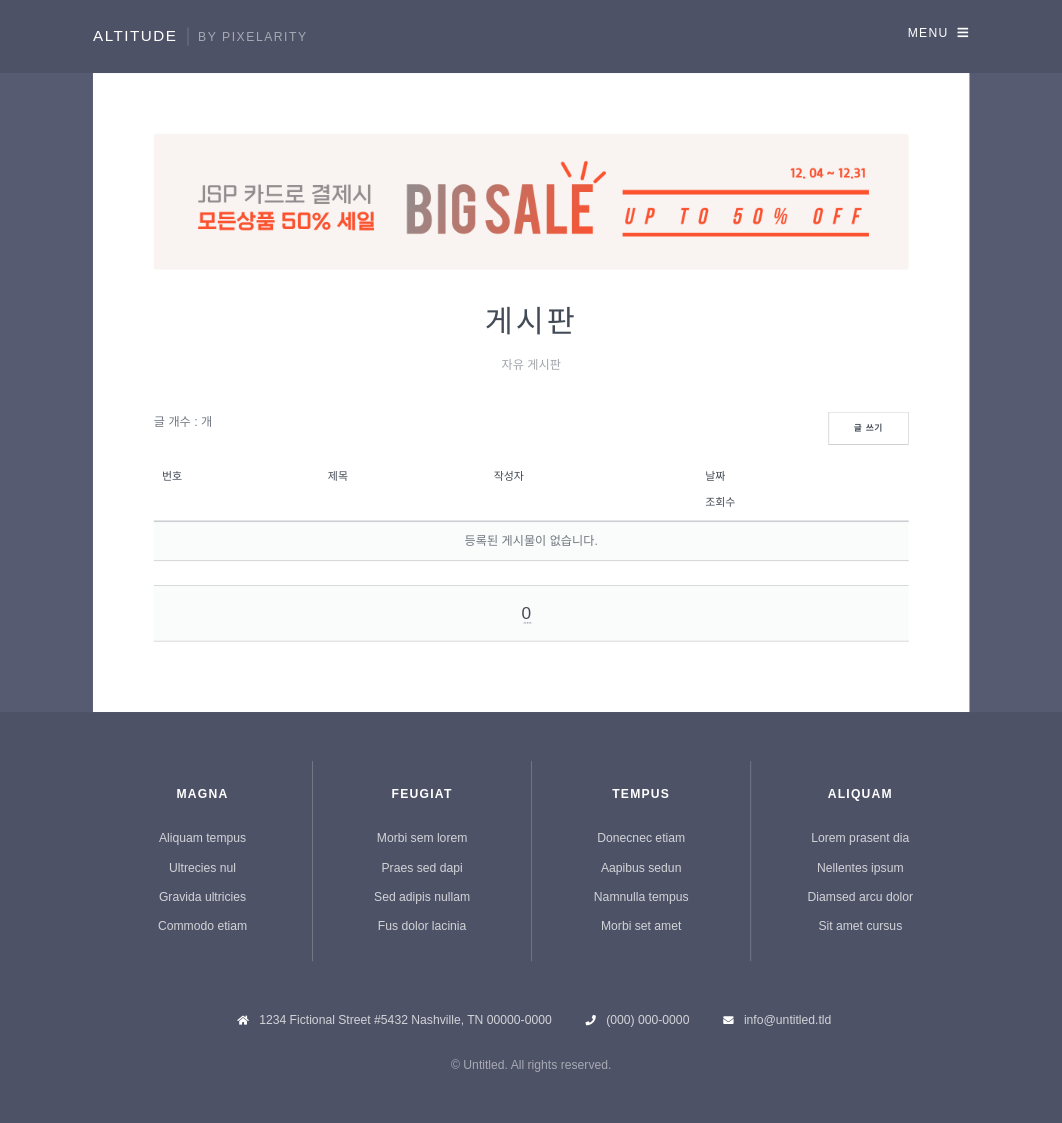
Repository: kkkukkk/Study-JSP
Page: http://localhost/boardMVC/app/board/boardList.jsp
An editor plug-in stored every save of this project. The page is shown before and after the next save, followed by the edit.
The browser window is 1280 px wide. The pictures show the whole page, at 83% of full size.
Some web fonts or font styles are not loaded; a fallback is used. The page is served by Tomcat 9.

Above is the page before, as saved 2022-02-23 06:48:08.

After the next save:
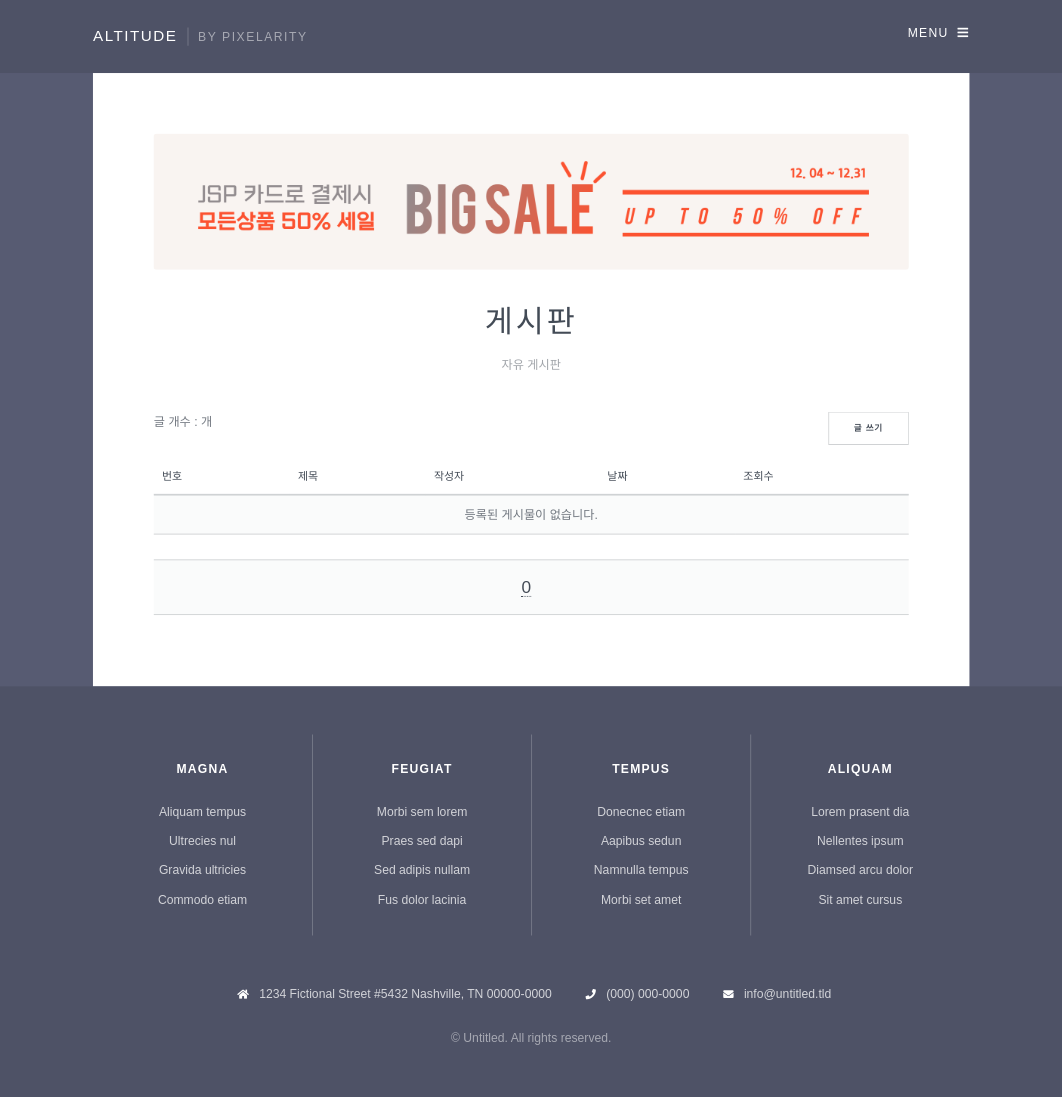
Saved 13 s later.
--- a/workspace/boardMVC/WebContent/app/board/boardList.jsp
+++ b/workspace/boardMVC/WebContent/app/board/boardList.jsp
@@ -18,9 +18,9 @@
 			table tbody tr{
 				background-color:rgb(245 246 246 / 48%) !important;
 			}
-			.web-view {
+			/* .web-view {
 				display:block;
-			}
+			} */
 
 			@media(max-width:660px){
 				.web-view {
